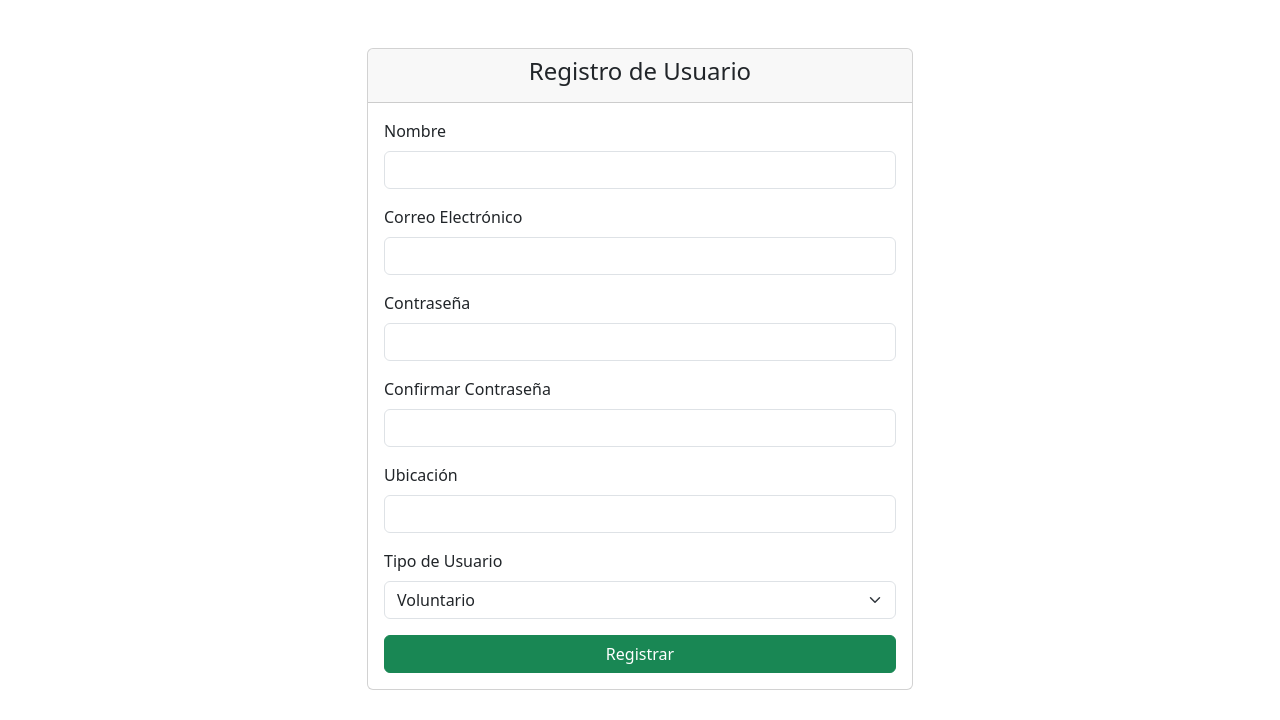
Repository: HiramRego2003/proyecto_IA
Page: http://localhost/register
The author's editor kept a copy of each file at every save. The page is drawn from the files as they stood at one save, then again after the next save.
The browser window is 1280 px wide. The pictures show the whole page.
The page is served by the project's Laravel application, run on PHP 8.4 with Laravel 9. Other server files are loaded and not shown.

Above is the page before, as saved 2024-08-16 10:39:39.

### routes/web.php
<?php

use Illuminate\Support\Facades\Route;
use App\Http\Controllers\UsuariosController;


/*
|--------------------------------------------------------------------------
| Web Routes
|--------------------------------------------------------------------------
|
| Here is where you can register web routes for your application. These
| routes are loaded by the RouteServiceProvider within a group which
| contains the "web" middleware group. Now create something great!
|
*/


Route::get('/register', [UsuariosController::class, 'create'])->name('register');
Route::post('/register', [UsuariosController::class, 'store'])->name('usuarios.store');

### app/Http/Controllers/UsuariosController.php
<?php

namespace App\Http\Controllers;

use Illuminate\Http\Request;
use App\Models\Usuario;
use Illuminate\Support\Facades\Hash;
use Illuminate\Support\Facades\Validator;

class UsuariosController extends Controller{

    public function create()
    {
        return view('register');
    }

    public function store(Request $request)
    {
        // Validación de datos
        $validator = Validator::make($request->all(), [
            'nombre' => 'required|string|max:255',
            'email' => 'required|string|email|max:255|unique:usuarios',
            'password' => 'required|string|min:8|confirmed',
            'ubicacion' => 'nullable|string|max:255',
            'tipo' => 'required|in:voluntario,organizacion',
        ]);

        if ($validator->fails()) {
            return redirect()->back()->withErrors($validator)->withInput();
        }

        // Creación del nuevo usuario
        Usuario::create([
            'nombre' => $request->nombre,
            'email' => $request->email,
            'password' => Hash::make($request->password),
            'ubicacion' => $request->ubicacion,
            'tipo' => $request->tipo,
        ]);

        // Redirigir a una página de éxito o login
        return redirect()->route('login')->with('success', 'Usuario registrado exitosamente.');
    }

}

### resources/views/register.blade.php
<!DOCTYPE html>
<html lang="es">
<head>
    <meta charset="UTF-8">
    <meta name="viewport" content="width=device-width, initial-scale=1.0">
    <title>Registro de Usuario</title>
    <link href="https://cdn.jsdelivr.net/npm/bootstrap@5.3.0/dist/css/bootstrap.min.css" rel="stylesheet">
</head>
<body>

<div class="container mt-5">
    <div class="row justify-content-center">
        <div class="col-md-6">
            <div class="card">
                <div class="card-header text-center">
                    <h4>Registro de Usuario</h4>
                </div>
                <div class="card-body">
                    @if ($errors->any())
                        <div class="alert alert-danger">
                            <ul>
                                @foreach ($errors->all() as $error)
                                    <li>{{ $error }}</li>
                                @endforeach
                            </ul>
                        </div>
                    @endif

                    <form action="{{ route('usuarios.store') }}" method="POST">
                        @csrf

                        <div class="mb-3">
                            <label for="nombre" class="form-label">Nombre</label>
                            <input type="text" class="form-control" id="nombre" name="nombre" value="{{ old('nombre') }}" required>
                        </div>

                        <div class="mb-3">
                            <label for="email" class="form-label">Correo Electrónico</label>
                            <input type="email" class="form-control" id="email" name="email" value="{{ old('email') }}" required>
                        </div>

                        <div class="mb-3">
                            <label for="password" class="form-label">Contraseña</label>
                            <input type="password" class="form-control" id="password" name="password" required>
                        </div>

                        <div class="mb-3">
                            <label for="password_confirmation" class="form-label">Confirmar Contraseña</label>
                            <input type="password" class="form-control" id="password_confirmation" name="password_confirmation" required>
                        </div>

                        <div class="mb-3">
                            <label for="ubicacion" class="form-label">Ubicación</label>
                            <input type="text" class="form-control" id="ubicacion" name="ubicacion" value="{{ old('ubicacion') }}">
                        </div>

                        <div class="mb-3">
                            <label for="tipo" class="form-label">Tipo de Usuario</label>
                            <select class="form-select" id="tipo" name="tipo" required>
                                <option value="voluntario" {{ old('tipo') == 'voluntario' ? 'selected' : '' }}>Voluntario</option>
                                <option value="organizacion" {{ old('tipo') == 'organizacion' ? 'selected' : '' }}>Organización</option>
                            </select>
                        </div>

                        <div class="d-grid gap-2">
                            <button type="submit" class="btn btn-success">Registrar</button>
                        </div>
                    </form>
                </div>
            </div>
        </div>
    </div>
</div>

<script src="https://cdn.jsdelivr.net/npm/bootstrap@5.3.0/dist/js/bootstrap.bundle.min.js"></script>
</body>
</html>

Loaded but not shown: app/Http/Controllers/Controller.php (common file)

After the next save:
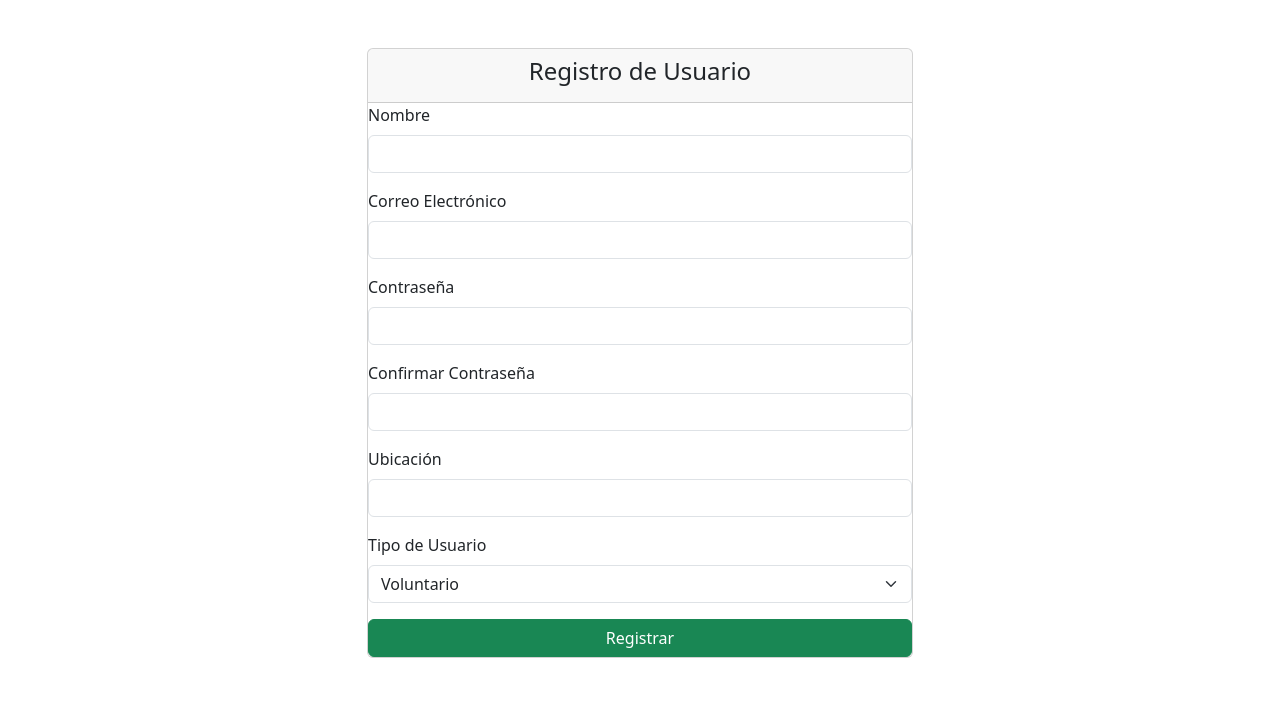
Saved 66 s later.
--- a/resources/views/register.blade.php
+++ b/resources/views/register.blade.php
@@ -15,16 +15,7 @@
                 <div class="card-header text-center">
                     <h4>Registro de Usuario</h4>
                 </div>
-                <div class="card-body">
-                    @if ($errors->any())
-                        <div class="alert alert-danger">
-                            <ul>
-                                @foreach ($errors->all() as $error)
-                                    <li>{{ $error }}</li>
-                                @endforeach
-                            </ul>
-                        </div>
-                    @endif
+
 
                     <form action="{{ route('usuarios.store') }}" method="POST">
                         @csrf

After the save that followed:
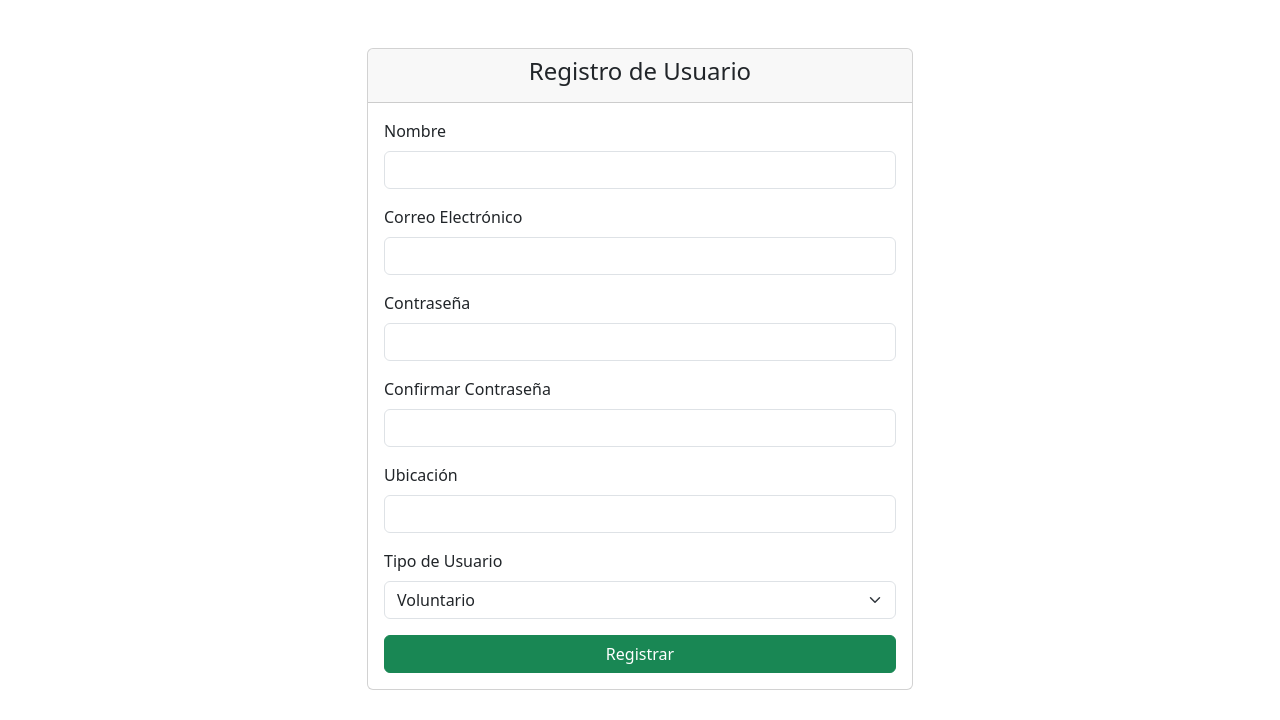
Saved 5 s later.
--- a/resources/views/register.blade.php
+++ b/resources/views/register.blade.php
@@ -15,7 +15,16 @@
                 <div class="card-header text-center">
                     <h4>Registro de Usuario</h4>
                 </div>
-
+                <div class="card-body">
+                    @if ($errors->any())
+                        <div class="alert alert-danger">
+                            <ul>
+                                @foreach ($errors->all() as $error)
+                                    <li>{{ $error }}</li>
+                                @endforeach
+                            </ul>
+                        </div>
+                    @endif
 
                     <form action="{{ route('usuarios.store') }}" method="POST">
                         @csrf
